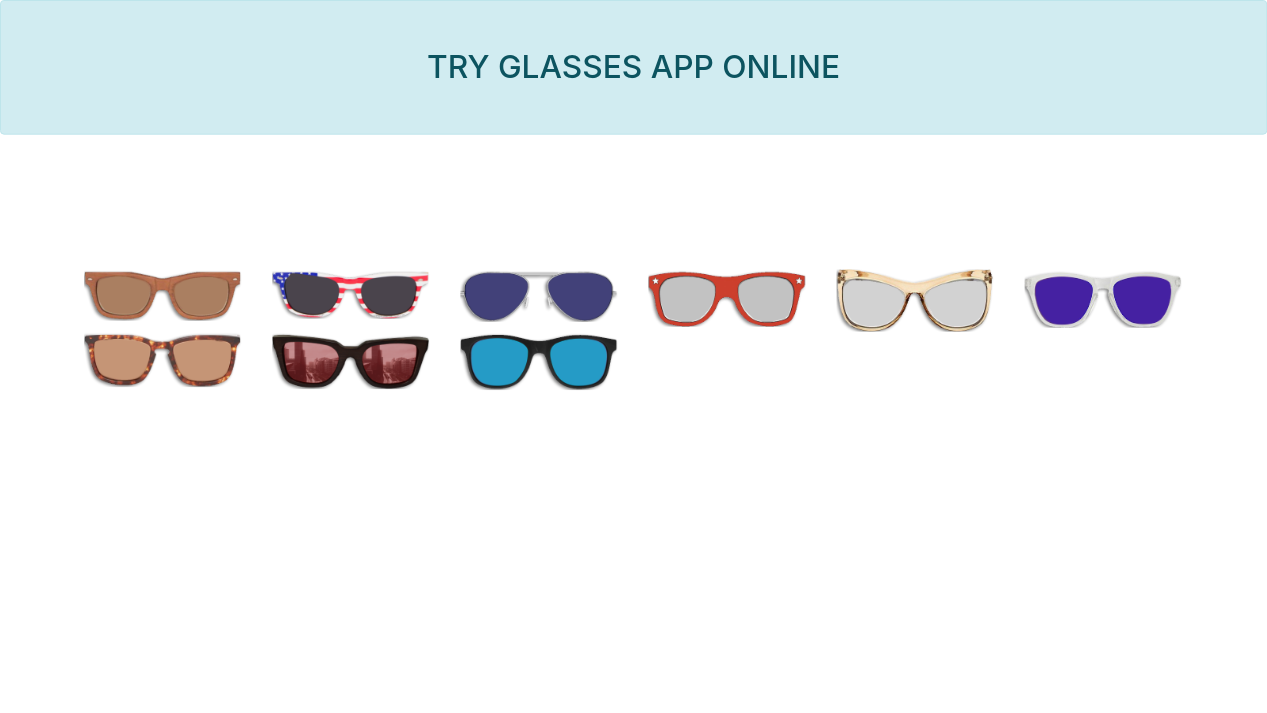
Repository: phongthanhh/ChoseGlass
Page: /
An editor plug-in stored every save of this project. The page is shown before and after the next save, followed by the edit.
The browser window is 1280 px wide. The pictures show the whole page, at 99% of full size.
The project was rebuilt for these pictures with package versions that can differ from the ones it lists, and the page was loaded fresh each time.

Above is the page before, as saved 2022-12-25 16:17:31.

After the next save:
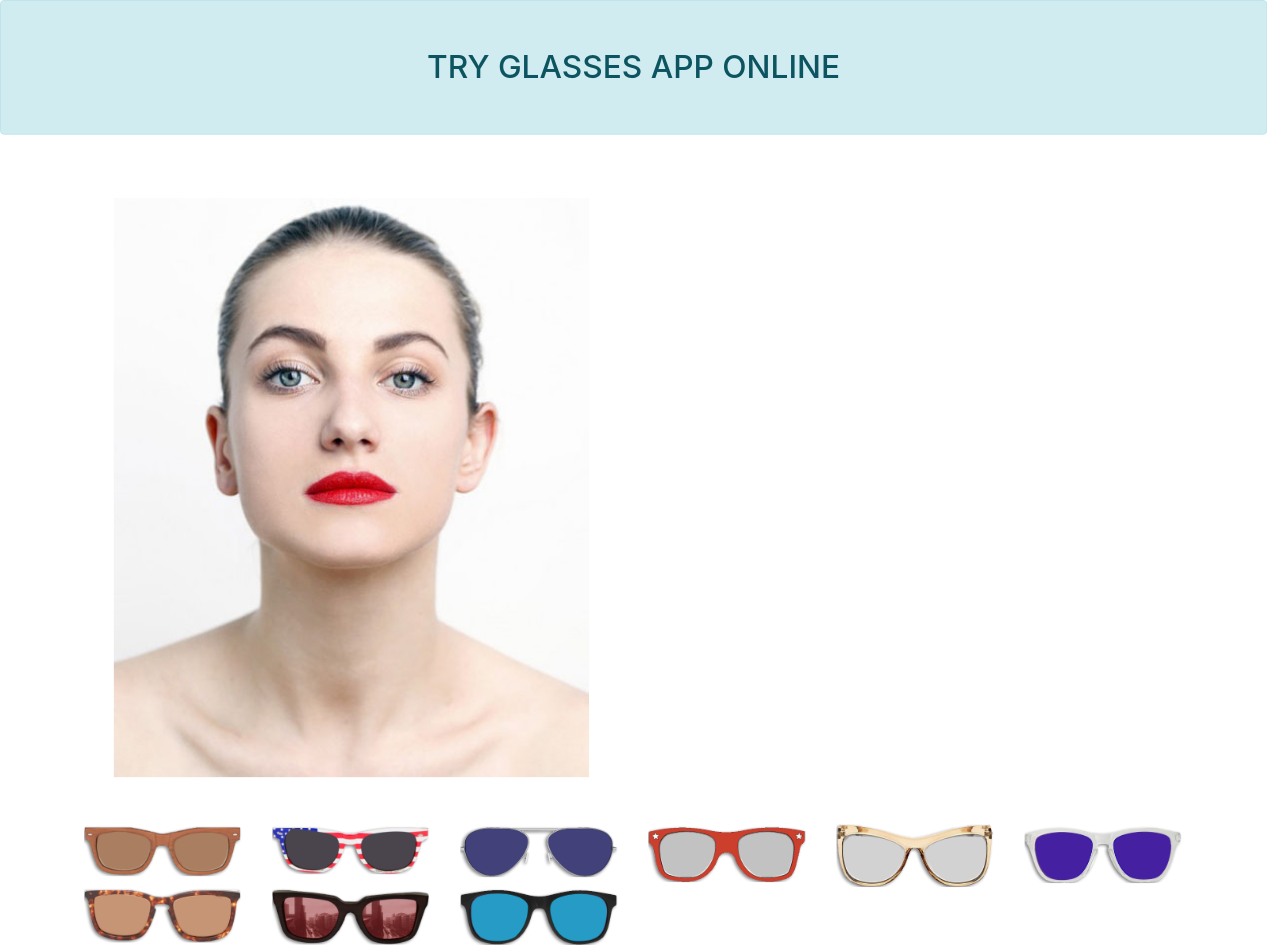
Saved 38 s later.
--- a/src/ChoseGlass/BTGlass.jsx
+++ b/src/ChoseGlass/BTGlass.jsx
@@ -85,7 +85,7 @@
                     <div className="item container">
                         <div className="row py-5">
                             <div className="col-6">
-                                <img src="" alt="" />
+                                <img src="./img/model.jpg" alt="" />
                             </div>
                         </div>
                         <GlassList listGlass={this.listGlass} />
